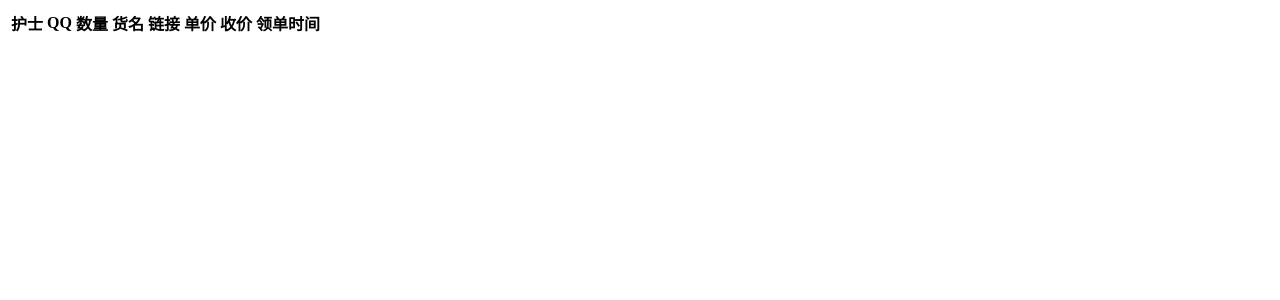
Repository: hanglearning/inventory_management_project
Page: http://localhost/phpmail/adminPages/arrived_orders/arrivial-confirmed.php
The author's editor kept a record of every edit. The page is drawn from the files as they stood at one moment, then again after the next edit.
The browser window is 1280 px wide. The pictures show the whole page.
The page is run by PHP 8.4 with error messages shown; the project is at /var/www/html/. The database holds what the project's SQL file puts in it.

Above is the page before.

### adminPages/arrived_orders/arrivial-confirmed.php
<?php

	session_start();

	function makeLink($url)
	{
		return ("<a href=" . $url . " target='_blank'>" . $url . "</a>");
	}

	$pdo = new PDO('mysql:host=localhost;dbname=chenh057_realPro', 'chenh057_hang01', 'bhgoszPg7iBcYD8WLAjeWrjEcH3LUcE96vHqCdGKnpNWZetxe', array(
	    PDO::ATTR_ERRMODE => PDO::ERRMODE_EXCEPTION,
	    PDO::ATTR_EMULATE_PREPARES => false
	));

	$pdo->beginTransaction();

	try{
		//https://www.w3schools.com/sql/sql_groupby.asp
		$sql = "SELECT * FROM orderTaken WHERE orderStatus='2' ORDER BY orderId DESC, orderTakenTime DESC";
		$stmt = $pdo->prepare($sql);
	    $stmt->execute();
	    $count = $stmt->rowCount();
	    if ($count > 0){

	    }

	    echo "<table><tr><th>护士</th><th>QQ</th><th>数量</th><th>货名</th><th>链接</th><th>单价</th><th>收价</th><th>领单时间</th></tr>";
	    while ($row = $stmt->fetch()){
	    	$userId = $row["userId"];
	    	$sql2 = "SELECT * FROM users WHERE userId='$userId'";
	    	$stmt2 = $pdo->prepare($sql2);
	    	$stmt2->execute();
	    	if($row2 = $stmt2->fetch()){
	    		$userName = $row2["userName"];
	    		$userQQ = $row2["userQQ"];
	    	}

	    	$orderId = $row["orderId"];
	    	$sql3 = "SELECT * FROM orders WHERE orderId='$orderId'";
	    	$stmt3 = $pdo->prepare($sql3);
	    	$stmt3->execute();
	    	if($row3 = $stmt3->fetch()){
	    		$itemName = $row3["itemName"];
	    		$itemLink = makeLink($row3["itemLink"]);
	    		$itemCost = $row3["itemCost"];
	    		$itemReceivingPrice = $row3["itemReceivingPrice"];
	    	}

	    	$qtyTaken = $row["qtyTaken"];
	    	$orderTakenTime = $row["orderTakenTime"];

	    	$tableRow = "<tr><td>" . $userName . "</td><td>" . $userQQ . "</td><td>" . $qtyTaken . "</td><td>" . $itemName . "</td><td>" . $itemLink . "</td><td>" . $itemCost . "</td><td>" . $itemReceivingPrice . "</td><td>" . $itemReceivingPrice .  "</td></tr>";
	    	echo $tableRow;
	    }
	    echo "</table>";
	    $pdo->commit();

	}
	catch(Exception $e){
	    echo $e->getMessage();
	    $pdo->rollBack();
	}


?>

### dbs/9. STAGE2 -- phpMyAdmin SQL Dump.sql (the tables this page reads)
CREATE TABLE `orderTaken` (
  `orderTakenId` int(11) NOT NULL,
  `orderId` int(11) NOT NULL,
  `userId` int(11) NOT NULL,
  `qtyTaken` int(11) NOT NULL,
  `orderStatus` int(1) NOT NULL COMMENT '0 - reverted; 1 - Claimed; 2 - Arrived; 3 - Send Request by Nurse; //4 - Request Sent by Admin; //5 - Sent by Nurse; //6 - Confirmed arrived by Admin, can surpass 5 and nurse can send payment request; 7 - order complete; 8 - Exception/Close;',
  `lastModifiedTime` timestamp NOT NULL DEFAULT CURRENT_TIMESTAMP ON UPDATE CURRENT_TIMESTAMP,
  `exceptionNote` varchar(5000) NOT NULL,
  `orderTakenTime` timestamp NOT NULL DEFAULT CURRENT_TIMESTAMP
) ENGINE=InnoDB DEFAULT CHARSET=utf8;

INSERT INTO `orderTaken` (`orderTakenId`, `orderId`, `userId`, `qtyTaken`, `orderStatus`, `lastModifiedTime`, `exceptionNote`, `orderTakenTime`) VALUES
(1, 1, 4, 30, 3, '2017-04-10 22:22:55', '', '0000-00-00 00:00:00'),
(2, 2, 4, 30, 3, '2017-04-10 22:22:55', '', '0000-00-00 00:00:00'),
(3, 3, 4, 30, 3, '2017-04-10 22:22:55', '', '0000-00-00 00:00:00'),
(4, 4, 4, 28, 3, '2017-04-10 22:22:55', '', '0000-00-00 00:00:00');

ALTER TABLE `orderTaken`
  ADD PRIMARY KEY (`orderTakenId`);

ALTER TABLE `orderTaken`
  MODIFY `orderTakenId` int(11) NOT NULL AUTO_INCREMENT, AUTO_INCREMENT=5;

After the next edit:
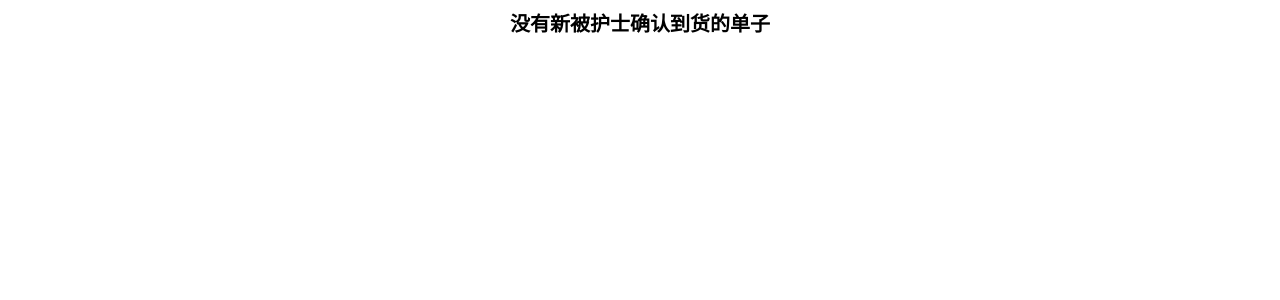
The edit:
--- a/adminPages/arrived_orders/arrivial-confirmed.php
+++ b/adminPages/arrived_orders/arrivial-confirmed.php
@@ -21,38 +21,40 @@
 	    $stmt->execute();
 	    $count = $stmt->rowCount();
 	    if ($count > 0){
+	    	echo "<table><tr><th>护士</th><th>QQ</th><th>数量</th><th>货名</th><th>链接</th><th>单价</th><th>收价</th><th>领单时间</th></tr>";
+		    while ($row = $stmt->fetch()){
+		    	$userId = $row["userId"];
+		    	$sql2 = "SELECT * FROM users WHERE userId='$userId'";
+		    	$stmt2 = $pdo->prepare($sql2);
+		    	$stmt2->execute();
+		    	if($row2 = $stmt2->fetch()){
+		    		$userName = $row2["userName"];
+		    		$userQQ = $row2["userQQ"];
+		    	}
 
+		    	$orderId = $row["orderId"];
+		    	$sql3 = "SELECT * FROM orders WHERE orderId='$orderId'";
+		    	$stmt3 = $pdo->prepare($sql3);
+		    	$stmt3->execute();
+		    	if($row3 = $stmt3->fetch()){
+		    		$itemName = $row3["itemName"];
+		    		$itemLink = makeLink($row3["itemLink"]);
+		    		$itemCost = $row3["itemCost"];
+		    		$itemReceivingPrice = $row3["itemReceivingPrice"];
+		    	}
+
+		    	$qtyTaken = $row["qtyTaken"];
+		    	$orderTakenTime = $row["orderTakenTime"];
+
+		    	$tableRow = "<tr><td>" . $userName . "</td><td>" . $userQQ . "</td><td>" . $qtyTaken . "</td><td>" . $itemName . "</td><td>" . $itemLink . "</td><td>" . $itemCost . "</td><td>" . $itemReceivingPrice . "</td><td>" . $itemReceivingPrice .  "</td></tr>";
+		    	echo $tableRow;
+		    }
+		    echo "</table>";
+	    } else {
+	    	echo "<h3 style='color: black; font-size:20px; text-align: center'>没有新被护士确认到货的单子</h3>";
 	    }
 
-	    echo "<table><tr><th>护士</th><th>QQ</th><th>数量</th><th>货名</th><th>链接</th><th>单价</th><th>收价</th><th>领单时间</th></tr>";
-	    while ($row = $stmt->fetch()){
-	    	$userId = $row["userId"];
-	    	$sql2 = "SELECT * FROM users WHERE userId='$userId'";
-	    	$stmt2 = $pdo->prepare($sql2);
-	    	$stmt2->execute();
-	    	if($row2 = $stmt2->fetch()){
-	    		$userName = $row2["userName"];
-	    		$userQQ = $row2["userQQ"];
-	    	}
 
-	    	$orderId = $row["orderId"];
-	    	$sql3 = "SELECT * FROM orders WHERE orderId='$orderId'";
-	    	$stmt3 = $pdo->prepare($sql3);
-	    	$stmt3->execute();
-	    	if($row3 = $stmt3->fetch()){
-	    		$itemName = $row3["itemName"];
-	    		$itemLink = makeLink($row3["itemLink"]);
-	    		$itemCost = $row3["itemCost"];
-	    		$itemReceivingPrice = $row3["itemReceivingPrice"];
-	    	}
-
-	    	$qtyTaken = $row["qtyTaken"];
-	    	$orderTakenTime = $row["orderTakenTime"];
-
-	    	$tableRow = "<tr><td>" . $userName . "</td><td>" . $userQQ . "</td><td>" . $qtyTaken . "</td><td>" . $itemName . "</td><td>" . $itemLink . "</td><td>" . $itemCost . "</td><td>" . $itemReceivingPrice . "</td><td>" . $itemReceivingPrice .  "</td></tr>";
-	    	echo $tableRow;
-	    }
-	    echo "</table>";
 	    $pdo->commit();
 
 	}
